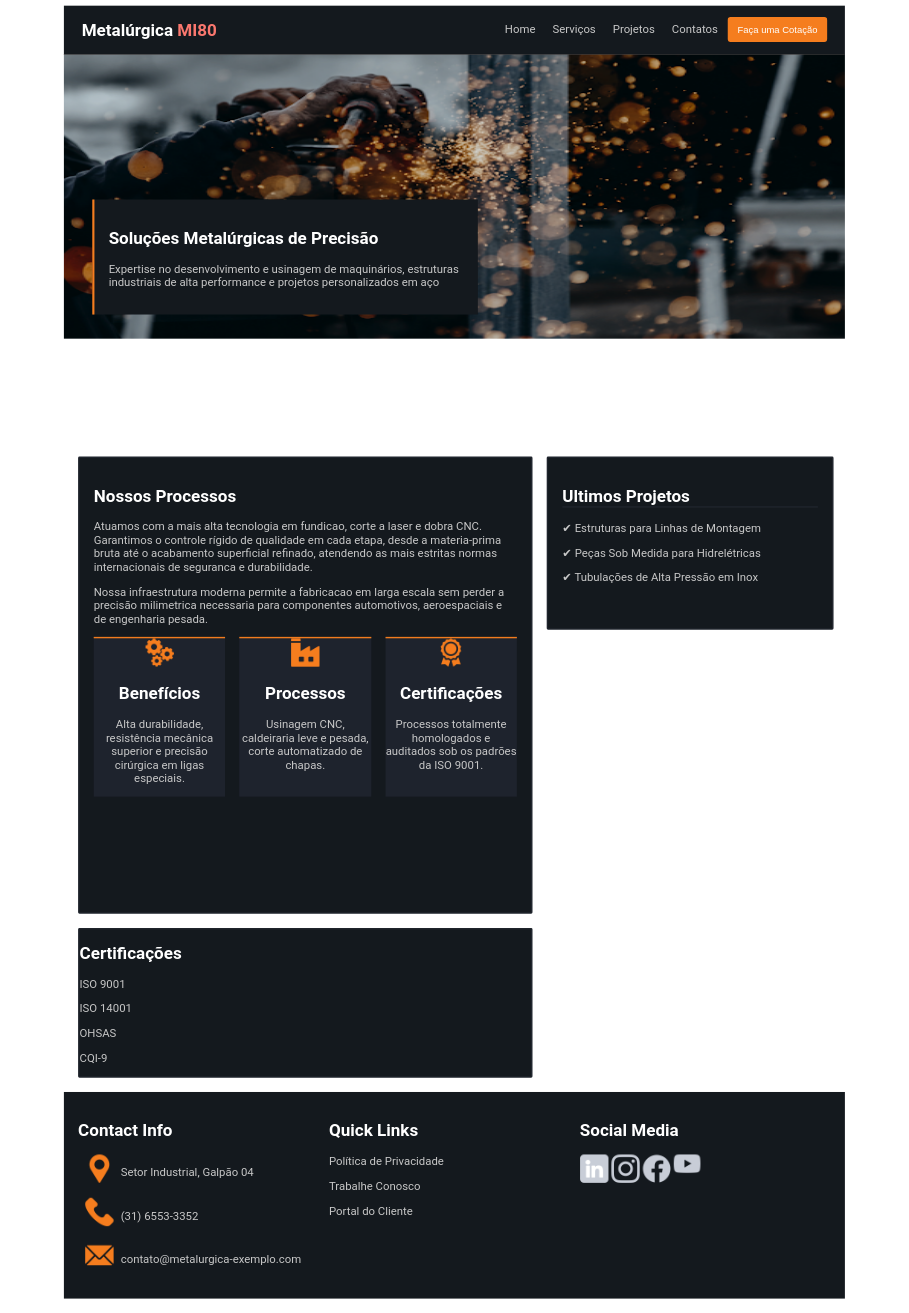
Repository: guiCherpinski/landing-page-metalurgica
Page: index.html
These files come from the project's save history. The page is drawn as it stood at one moment and after the next save; the edit follows.
The browser window is 1280 px wide. The pictures show the whole page, at 71% of full size.

Above is the page before, as saved 2026-06-08 15:04:12.

### index.html
<!DOCTYPE html>
<html lang="pt-br">
<head>
    <meta charset="UTF-8">
    <meta name="viewport" content="width=device-width, initial-scale=1.0">
    <title>Metalúrgica</title>
    <link rel="stylesheet" href="style.css">
</head>
<body>
    <header>
        <nav>
            <h1>Metalúrgica <span>MI80</span></h1>

            <div class = "buttons">
                <a href="/">Home</a>
                <a href="/">Serviços</a>
                <a href="/">Projetos</a>
                <a href="/">Contatos</a>
                <button>Faça uma Cotação</button>
            </div>
        </nav>
    </header>

    <main>
        <section class = "hero-section">
            <img src="./img/homem-serrando.png" alt="Foto de um Soldador">
            <div class = "text-hero">
                <h2>Soluções Metalúrgicas de Precisão</h2>
                <p>Expertise no desenvolvimento e usinagem de maquinários, estruturas industriais de alta performance e projetos personalizados em aço</p>
            </div>
        </section>
    </main>

    <section class = "all-sections">
        <section class = "our-process">

            <h2>Nossos Processos</h2>

            <p>Atuamos com a mais alta tecnologia em fundicao, corte a laser e dobra CNC. Garantimos o
                controle rígido de qualidade em cada etapa, desde a materia-prima bruta até o acabamento
                superficial refinado, atendendo as mais estritas normas internacionais de seguranca e
                durabilidade.
            </p>

            <p>Nossa infraestrutura moderna permite a fabricacao em larga escala sem perder a precisão
                milimetrica necessaria para componentes automotivos, aeroespaciais e de engenharia
                pesada.
            </p>

            <section class = "articles">
                <article class = "article-benefits">
                    <img src="./img/settings-gears.png" alt="Icone de engrenagens">
                    <h2>Benefícios</h2>
                    <p>Alta durabilidade, resistência mecânica superior e precisão cirúrgica em ligas especiais.</p>
                </article>

                <article class = "article-process">
                    <img src="./img/industry.png" alt="Icone de industria">
                    <h2>Processos</h2>
                    <p>Usinagem CNC, caldeiraria leve e pesada, corte automatizado de chapas.</p>
                </article>

                <article class = "article-certificates">
                    <img src="./img/medal.png" alt="Icone de medalha">
                    <h2>Certificações</h2>
                    <p>Processos totalmente homologados e auditados sob os padrões da ISO 9001.</p>
                </article>
            </section>
        </section>


        <section class = "last-projects">
            <h2>Ultimos Projetos</h2>
            <p>✔ Estruturas para Linhas de Montagem </p>
            <p>✔ Peças Sob Medida para Hidrelétricas</p>
            <p>✔ Tubulações de Alta Pressão em Inox</p>
        </section>

        <section class = "certificates">
            <h2>Certificações</h2>
            <p>ISO 9001</p>
            <p>ISO 14001</p>
            <p>OHSAS</p>
            <p>CQI-9</p>
        </section>

    </section>


    <footer class = "rodape">
        <section>
            <h2>Contact Info</h2>

            <article class = "text-rodape">
                <img src="./img/placeholder.png" alt="Icone pin">
                <p>Setor Industrial, Galpão 04</p>
            </article>

            <article class = "text-rodape">
                <img src="./img/phone-call.png" alt="Icone de telefone">
                <p>(31) 6553-3352</p>
            </article>

            <article class = "text-rodape   ">
                <img src="./img/email.png" alt="Icone email">
                <p>contato@metalurgica-exemplo.com</p>
            </article>
        </section>

        <section>
            <h2>Quick Links</h2>
            <p>Política de Privacidade</p>
            <p>Trabalhe Conosco</p>
            <p>Portal do Cliente</p>
        </section>

        <section>
            <h2>Social Media</h2>
            <img src="./img/linkedin.png" alt="Icone linkedin">
            <img src="./img/instagram.png" alt="Icone instagram">
            <img src="./img/facebook.png" alt="Icone facebook">
            <img src="./img/youtube.png" alt="Icone youtube">
        </section>
    </footer>


</body>
</html>

### style.css
body{
    font-family: 'Roboto' , sans-serif;
    justify-items: center;
    /*background: #0A0A14;*/
}

header{
    background: #14191E;
    width: 1100px;
    border-bottom: 1px solid #2D2929;
}

header h1{
    color: white;
}

header h1 span {
    color: #FA776E;
}

header nav {
    display: flex;
    align-items: center;
    justify-content: space-between;
    margin-left: 25px;
    margin-right: 25px;
}

header nav a {
    margin-left: 10px;
    margin-right: 10px;
    text-decoration: none;
    color: #C8C8C8;
}


header button {
    width:140px;
    height: 35px;
    background: #F57D1E;
    border: none;
    border-radius: 4px;
    color: white;
}

header button:hover{
    cursor: pointer;
    background:#CC5500;
}

.hero-section img{
    width: 1100px;
    height: 400px;
}

.text-hero{
    background: #14191E;
    border-left: 3px solid #F57D1E;
    width: 500px;
    padding: 20px;
    position: relative;
    bottom: 200px;
    left: 40px;
}

.text-hero h2{
    color: white;
}

.text-hero p{
    color: #c8c8c8;
}

.articles{
    display: grid;
    grid-template-columns: 1fr 1fr 1fr;
    gap: 20px;
}

.our-process{
    background: #14191E;
    height: 600px;
    border: 2px solid #1F242C;
    border-radius: 2px;
    padding: 20px;
}

.our-process h2{
    color: white;
}

.our-process p{
    color: #c8c8c8;
}

.our-process img{
    width: 40px;
    height: 40px;
}

.article-benefits{
    background: #1E232D;
    border-top: 2px solid #F27B1E;
    text-align: center;
}

.article-process{
    background: #1E232D;
    border-top: 2px solid #F27B1E;
    text-align: center;
}

.article-certificates{
    background: #1E232D;
    border-top: 2px solid #F27B1E;
    text-align: center;
}

.last-projects{
    background: #14191E;
    border: 2px solid #1F242C;
    border-radius: 2px;
    padding: 20px;
    height: 200px;
    width: 360px;
}

.last-projects h2{
    color: white;
    border-bottom: 2px solid #1F242C;
}

.last-projects p {
    color: #c8c8c8;
}

.certificates{
    background: #14191E;
    border: 2px solid #1F242C;
    border-radius: 2px;
    height: ;
}

.certificates h2{
    color: white;
}

.certificates p{
    color: #c8c8c8;
}

.all-sections{
    display: grid;
    grid-template-columns: 640px 400px;
    gap: 20px;
}

.rodape{
    padding: 20px;
    width: 1060px;
    margin: 20px;
    display: grid;
    grid-template-columns: 1fr 1fr 1fr;
    background: #14191E;
}

.rodape h2{
    color: white;
}

.rodape p{
    color: #c8c8c8;
}

.rodape img {
    width: 40px;
    height: 40px;
}

.text-rodape{
    border-top: #1F242C;
    display: flex;
    margin: 10px;
    gap: 10px;
}

After the next save:
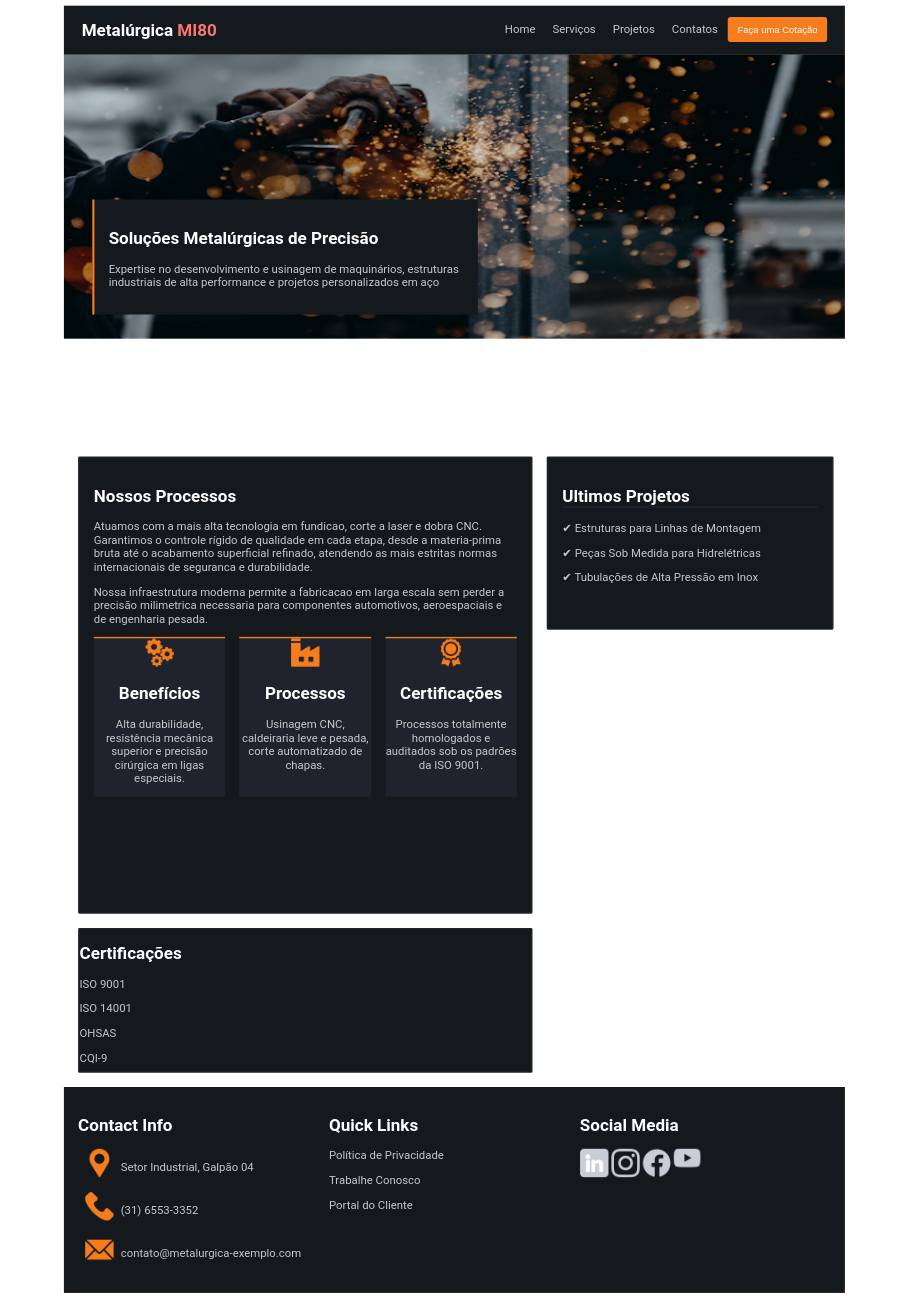
Saved 6 s later.
--- a/style.css
+++ b/style.css
@@ -138,7 +138,8 @@ header button:hover{
     background: #14191E;
     border: 2px solid #1F242C;
     border-radius: 2px;
-    height: ;
+    height: 200px;
+    width: ;
 }
 
 .certificates h2{
